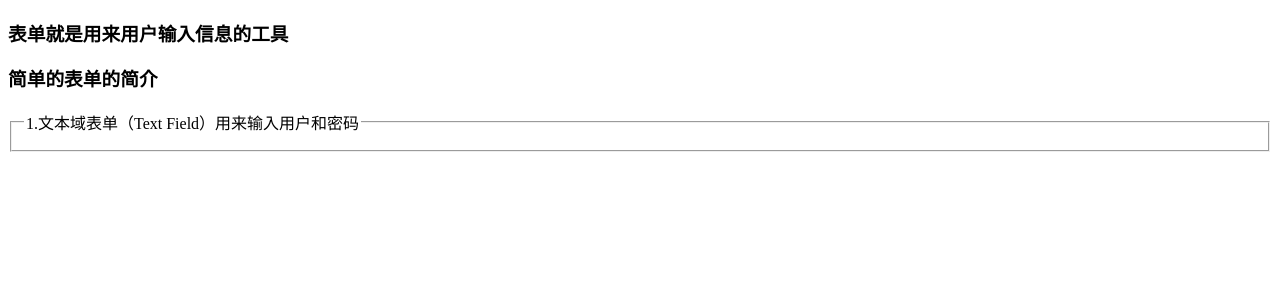
Repository: jarvanstack/vscode
Page: HTML/HTML中From表单.html
The author's editor kept a copy of each file at every save. The page is drawn from the files as they stood at one save, then again after the next save.
The browser window is 1280 px wide. The pictures show the whole page.

Above is the page before, as saved 2020-06-11 09:41:03.

### HTML/HTML中From表单.html
<!DOCTYPE html>
<html lang="en">
<head>
    <meta charset="UTF-8">
    <meta name="viewport" content="width=device-width, initial-scale=1.0">
    <title>HTML中From表单</title>
</head>
<body>
    <h3>表单就是用来用户输入信息的工具</h3>
    <h3>简单的表单的简介</h3>
    <fieldset>
        <legend>1.文本域表单（Text Field）用来输入用户和密码</legend>

    </fieldset>
</body>
</html>

After the next save:
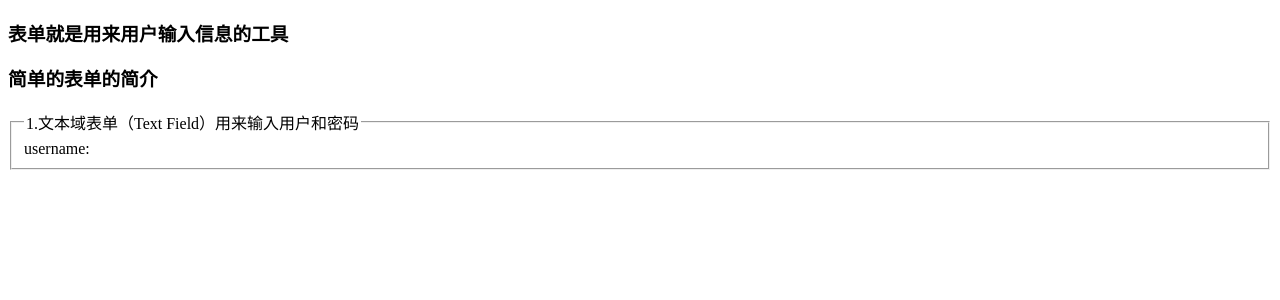
Saved 24 s later.
--- a/HTML/HTML中From表单.html
+++ b/HTML/HTML中From表单.html
@@ -10,7 +10,9 @@
     <h3>简单的表单的简介</h3>
     <fieldset>
         <legend>1.文本域表单（Text Field）用来输入用户和密码</legend>
-
+        <span>
+            username:
+        </span>
     </fieldset>
 </body>
 </html>
